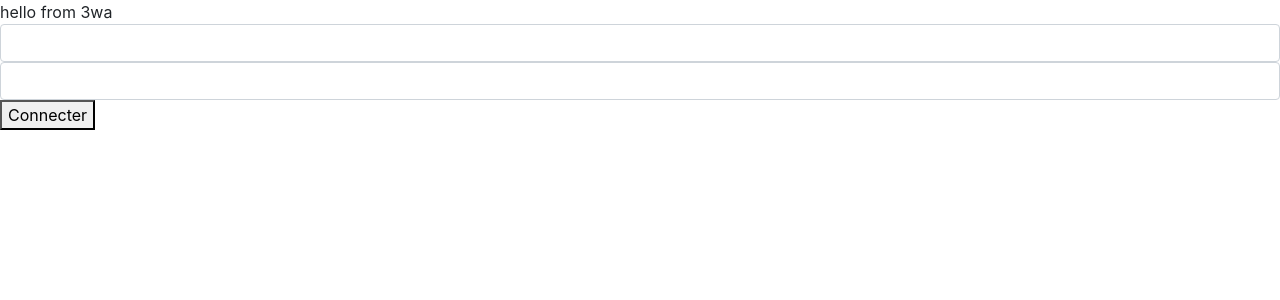
Repository: FS-23/react-task-manager
Page: /login
An editor plug-in stored every save of this project. The page is shown before and after the next save, followed by the edit.
The browser window is 1280 px wide. The pictures show the whole page.
The project was rebuilt for these pictures with package versions that can differ from the ones it lists, and the page was loaded fresh each time.

Above is the page before, as saved 2022-04-28 12:53:24.

After the next save:
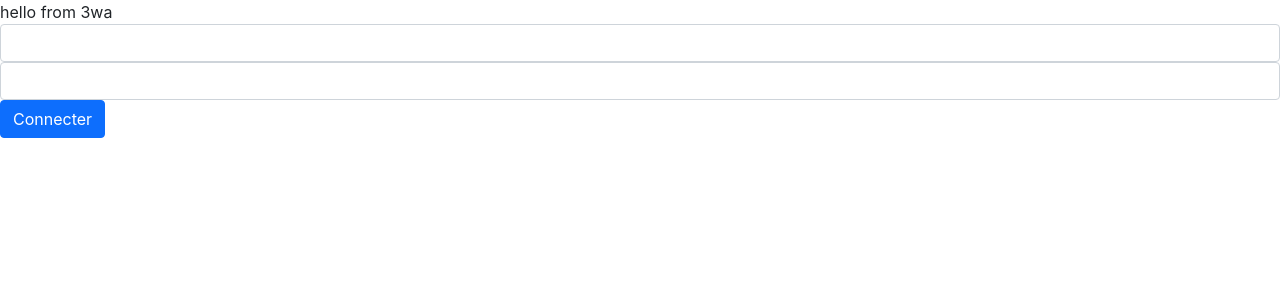
Saved 2 min 51 s later.
--- a/src/components/Login.js
+++ b/src/components/Login.js
@@ -5,7 +5,7 @@ function Login(){
                  <form>
                      <input className="form-control"/>
                      <input className="form-control"/>
-                     <button>Connecter</button>
+                     <button className="btn btn-primary">Connecter</button>
                  </form>
              </div>
          </>
